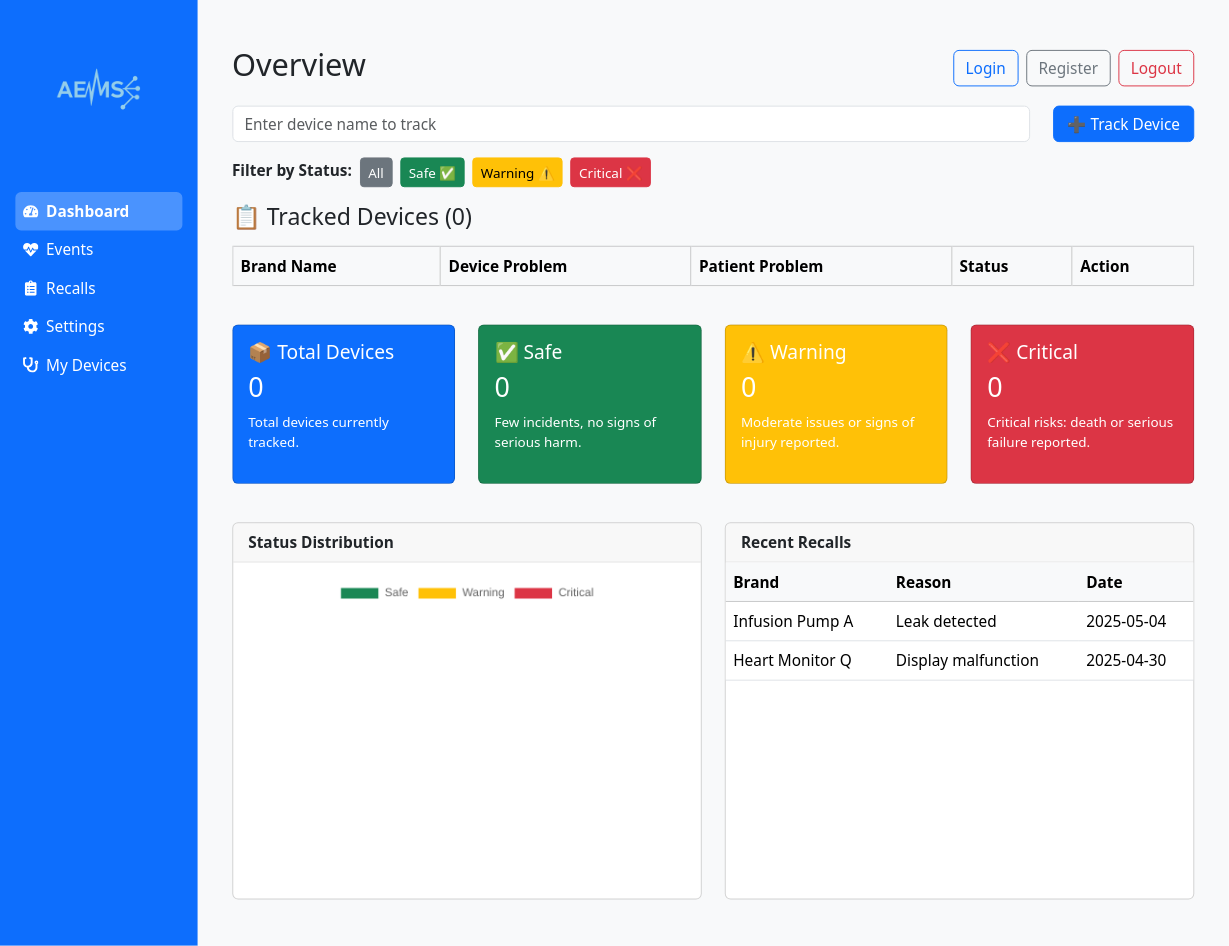
Repository: Sarary2/AEMS_2MVP
Page: / (app in frontend/AEMS/)
The author's editor kept a copy of each file at every save. The page is drawn from the files as they stood at one save, then again after the next save.
The browser window is 1280 px wide. The pictures show the whole page, at 96% of full size.
The page's requests for data from a server got no answer. The project was rebuilt for these pictures with package versions that can differ from the ones it lists, and the page was loaded fresh each time. No one was signed in, and anything a server would have sent is missing. Also part of the build but not shown: frontend/AEMS/vite.config.js, frontend/AEMS/src/components/DeviceRow.jsx, frontend/AEMS/src/pages/Events.jsx, frontend/AEMS/src/firebase.js, frontend/AEMS/src/pages/Login.jsx, frontend/AEMS/src/pages/Register.jsx, frontend/AEMS/src/utils/fetchRecalls.js, frontend/AEMS/src/pages/Recalls.jsx and 2 more.

Above is the page before, as saved 2025-05-06 14:33:15.

After the next save:
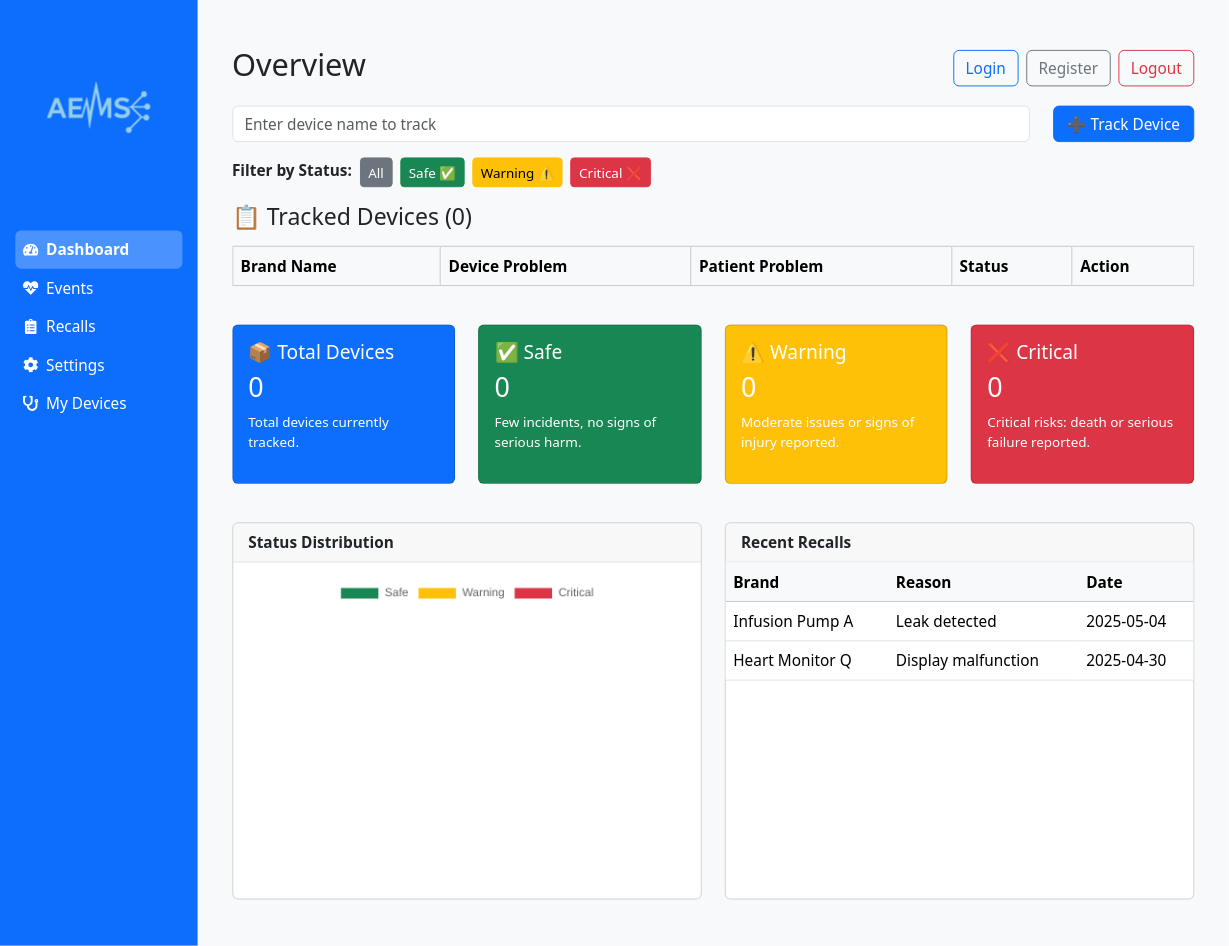
Saved 18 s later.
--- a/frontend/AEMS/src/components/Sidebar.jsx
+++ b/frontend/AEMS/src/components/Sidebar.jsx
@@ -20,7 +20,7 @@ export default function Sidebar() {
           src={logo}
           alt="AEMS Logo"
           className="img-fluid"
-          style={{ height: '160px', objectFit: 'contain' }}
+          style={{ height: '200px', objectFit: 'contain' }}
         />
       </div>
 
